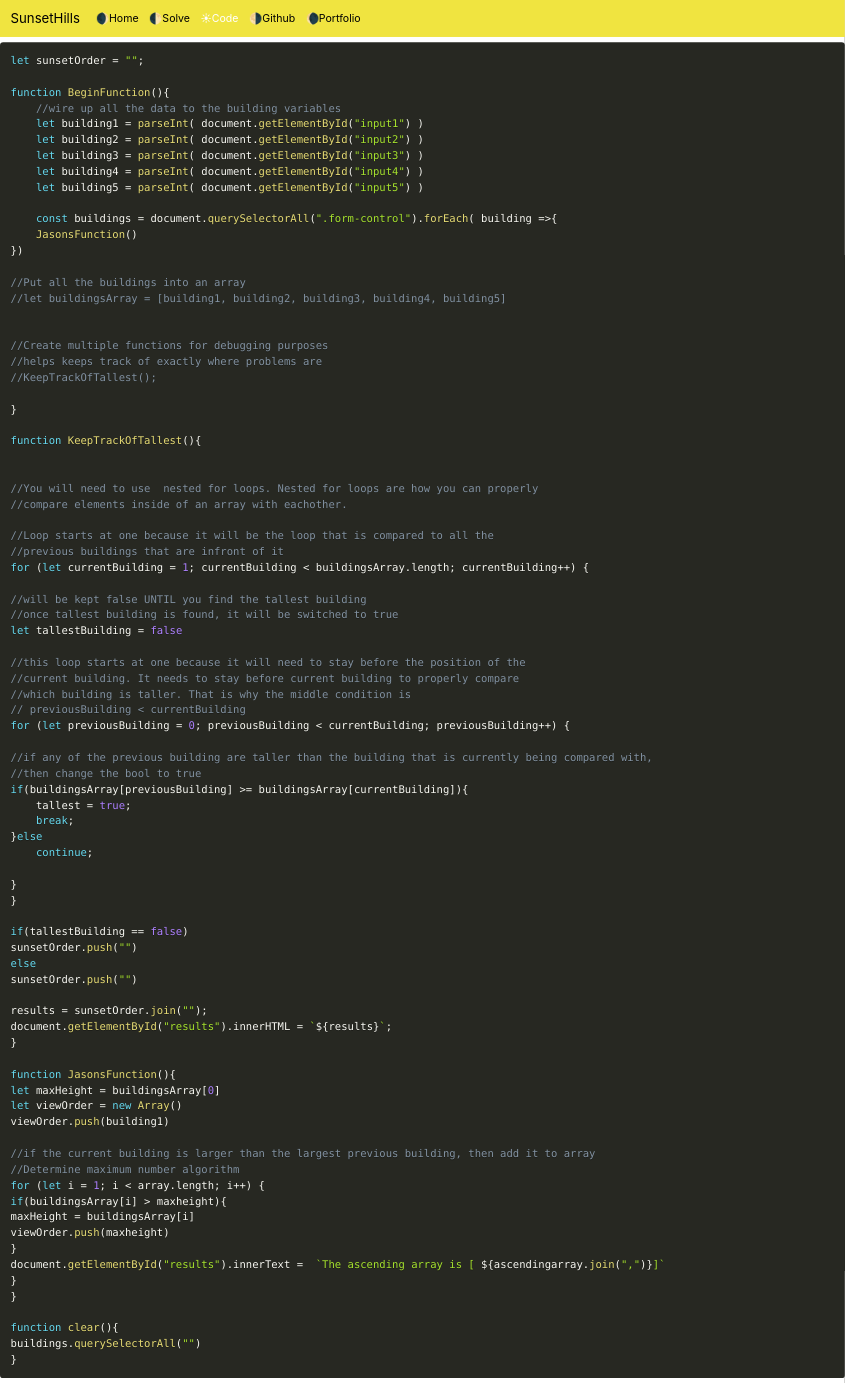
Repository: zhadjah9559/SunsetHills
Page: code.html
These files come from the project's save history. The page is drawn as it stood at one moment and after the next save; the edit follows.
The browser window is 1280 px wide. The pictures show the whole page, at 66% of full size.

Above is the page before, as saved 2021-01-14 17:19:30.

After the next save:
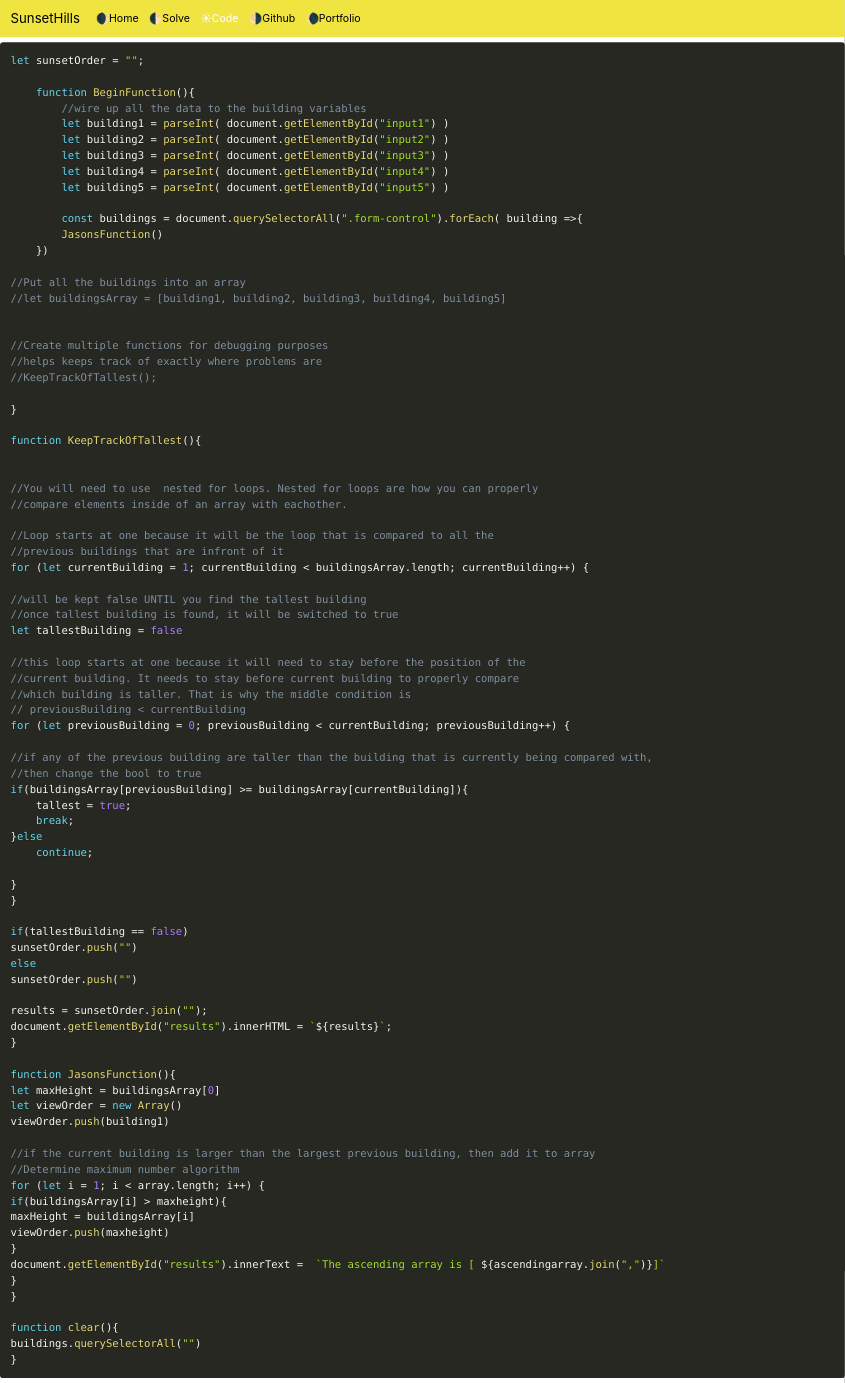
Saved 7 s later.
--- a/code.html
+++ b/code.html
@@ -45,17 +45,17 @@
         <code class="line-numbers">
             let sunsetOrder = "";
 
-function BeginFunction(){
-    //wire up all the data to the building variables
-    let building1 = parseInt( document.getElementById("input1") )
-    let building2 = parseInt( document.getElementById("input2") )
-    let building3 = parseInt( document.getElementById("input3") )
-    let building4 = parseInt( document.getElementById("input4") )
-    let building5 = parseInt( document.getElementById("input5") )
+    function BeginFunction(){
+        //wire up all the data to the building variables
+        let building1 = parseInt( document.getElementById("input1") )
+        let building2 = parseInt( document.getElementById("input2") )
+        let building3 = parseInt( document.getElementById("input3") )
+        let building4 = parseInt( document.getElementById("input4") )
+        let building5 = parseInt( document.getElementById("input5") )
 
-    const buildings = document.querySelectorAll(".form-control").forEach( building =>{
-    JasonsFunction()
-})
+        const buildings = document.querySelectorAll(".form-control").forEach( building =>{
+        JasonsFunction()
+    })
 
 //Put all the buildings into an array
 //let buildingsArray = [building1, building2, building3, building4, building5]
